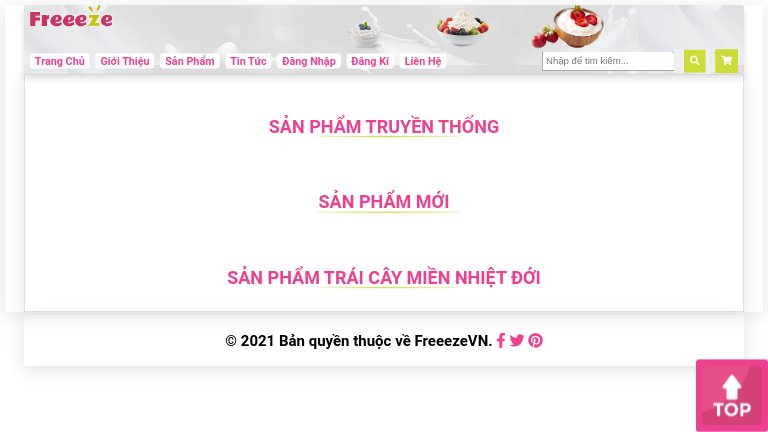
Repository: minh352623/lab1
Page: sanpham.html
The author's editor kept a copy of each file at every save. The page is drawn from the files as they stood at one save, then again after a run of saves.
The browser window is 1280 px wide. The pictures show the whole page, at 60% of full size.

Above is the page before, as saved 2022-03-12 23:25:33.
Console error: SyntaxError: Unexpected token '}'

After the next 6 saves:
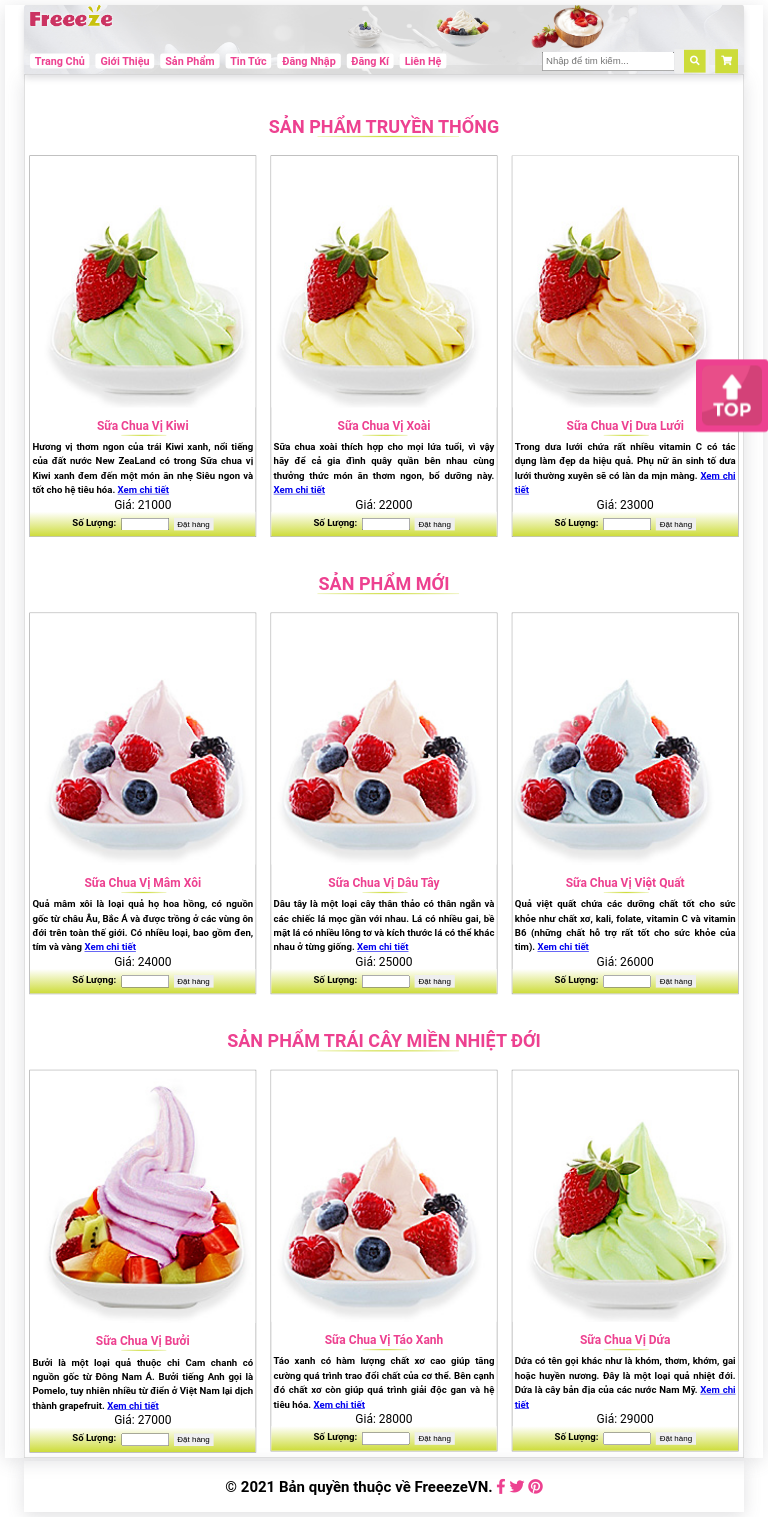
The error is gone.
The 6 saves are shown as one change because they came seconds apart.
The last was saved 14 s later.
--- a/js/sanpham.js
+++ b/js/sanpham.js
@@ -127,7 +127,9 @@ window.addEventListener("load",function(){
     //đăt Hàng
     for(let i = 0; i<col.length;i++){
         col[i].addEventListener("click",function(e){
-            if(e.target.matches("."))
+            if(e.target.matches(".submit")){
+                console.log(e.target);
+            }
         })
     }
 
